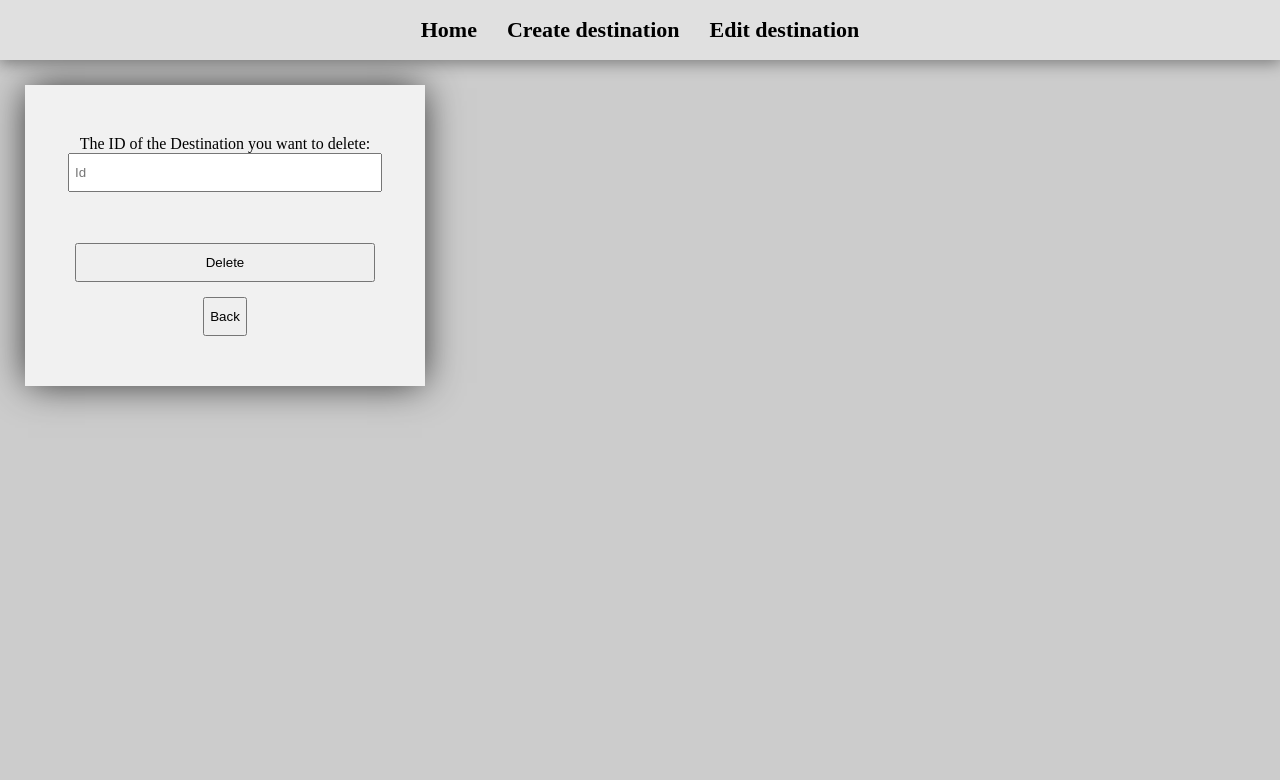
Repository: Marko2353/Travel-Destinations
Page: public/delete.html
The author's editor kept a copy of each file at every save. The page is drawn from the files as they stood at one save, then again after the next save.
The browser window is 1280 px wide. The pictures show the whole page.

Above is the page before, as saved 2022-10-14 11:19:39.

### public/delete.html
<!DOCTYPE html>
<html lang="en">
<head>
    <meta charset="UTF-8">
    <meta http-equiv="X-UA-Compatible" content="IE=edge">
    <meta name="viewport" content="width=device-width, initial-scale=1.0">
    <link rel="stylesheet" type="text/css" href="style.css">
    <title>Delete destination</title>
</head>
<body>
  <header>
    <a href="index.html">Home</a>
    <a href="create.html">Create destination</a>
    <a href="index-edit.html">Edit destination</a>
  </header>

    <div class="containers">
        <div class="form-container">
          <form id="destinationForm" name="destinationForm" method="post" action="/delete">
            <label for="">The ID of the Destination you want to delete:</label>
            <input placeholder="Id" type="text" name="id" id="id" ><br><br>
            <input type="submit" value="Delete">
            <a href="index.html">
            <input type="button" value="Back">
            </a>
          </form>
</body>
</html>

### public/style.css
* {
  margin: 0;
  padding: 0;
}

body {
  display: flex;
  align-items: center;
  width: 100%;
  min-height: 100vh;
  padding: 60px 0 0 0;
  background-color: #cccccc;
}

header {
  width: 100vw;
  height: 60px;
  background-color: rgb(224, 224, 224);
  position: fixed;
  top: 0;
  left: 0;
  display: flex;
  justify-content: center;
  align-items: center;
  text-align: center;
  box-shadow: 0px 2px 15px 1px rgb(0, 0, 0, 0.4);
  z-index: 5;
}

header>a {
  text-decoration: none;
  color: black;
  font-weight: bold;
  font-size: 22px;
  width: max-content;
  padding: 8px 15px;
}

header>a:hover {
  text-decoration: underline;
}

.home {
  width: 100vw;
  height: 100%;
  z-index: 4;
  display: grid;
  grid-template-columns: repeat(auto-fit, minmax(250px, 1fr));
  grid-gap: 25px;
  padding: 25px;
  align-self: flex-start;
}

.container {
  display: flex;
  flex-direction: column;
  text-align: start;
  padding: 25px;
  align-items: center;
  justify-content: center;
  background-color: rgb(241, 241, 241);
  box-shadow: 0px 0px 37px -3px rgba(0, 0, 0, 0.81);
}

form {
  display: flex;
  flex-direction: column;
  justify-content: center;
  align-items: center;
  width: 300px;
  height: max-content;
}

.form-container {
  grid-column: 1 / 2;
  grid-row: 1 / 2;
  height: max-content;
  background-color: rgb(241, 241, 241);
  display: flex;
  justify-content: center;
  align-items: center;
  padding: 50px;
  box-shadow: 0px 0px 37px -3px rgba(0, 0, 0, 0.81);
  -webkit-box-shadow: 0px 0px 37px -3px rgba(0, 0, 0, 0.81);
  -moz-box-shadow: 0px 0px 37px -3px rgba(0, 0, 0, 0.81);
}

input {
  width: 100%;
  margin-bottom: 15px;
  padding: 10px 5px;
}
button {
  width: 100%;
  padding: 10px 5px;
}

input:last-child {
  margin-bottom: 0;
}

.containers {
  display: grid;
  grid-template-columns: 400px 1fr;
  grid-template-rows: 1fr;
  width: 100vw;
  height: 100%;
  padding: 25px;
  grid-gap: 25px;
  align-self: flex-start;
}

.area {
  grid-column: 2 / 3;
  grid-row: 1 / 2;
  width: 100%;
  height: 100%;

  z-index: 4;
  display: grid;
  grid-template-columns: repeat(auto-fit, minmax(250px, 1fr));
  grid-gap: 25px;


}

.container h3,
.container p {
  margin-bottom: 8px;
  width: 200px;
}

After the next save:
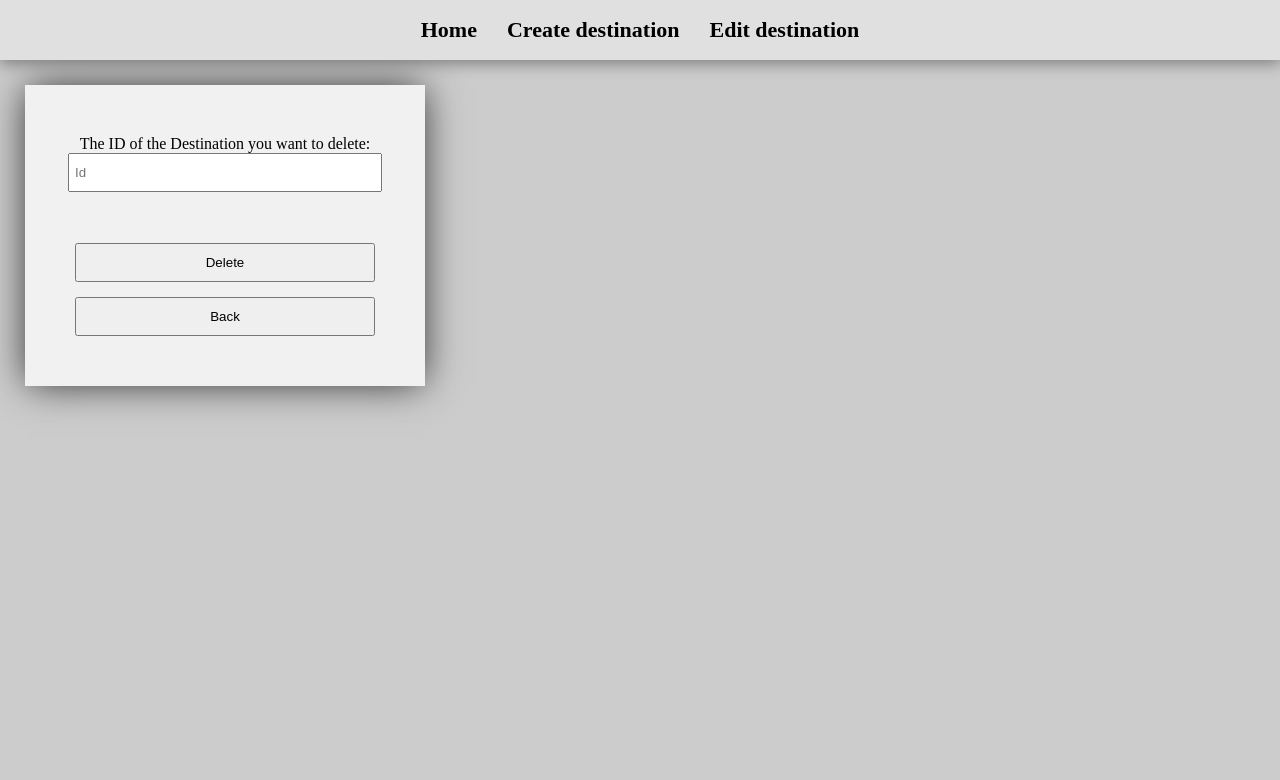
Saved 51 s later.
--- a/public/delete.html
+++ b/public/delete.html
@@ -21,7 +21,7 @@
             <input placeholder="Id" type="text" name="id" id="id" ><br><br>
             <input type="submit" value="Delete">
             <a href="index.html">
-            <input type="button" value="Back">
+            <button><a href="index.html" style="text-decoration: none; color:black">Back</a></button>
             </a>
           </form>
 </body>
